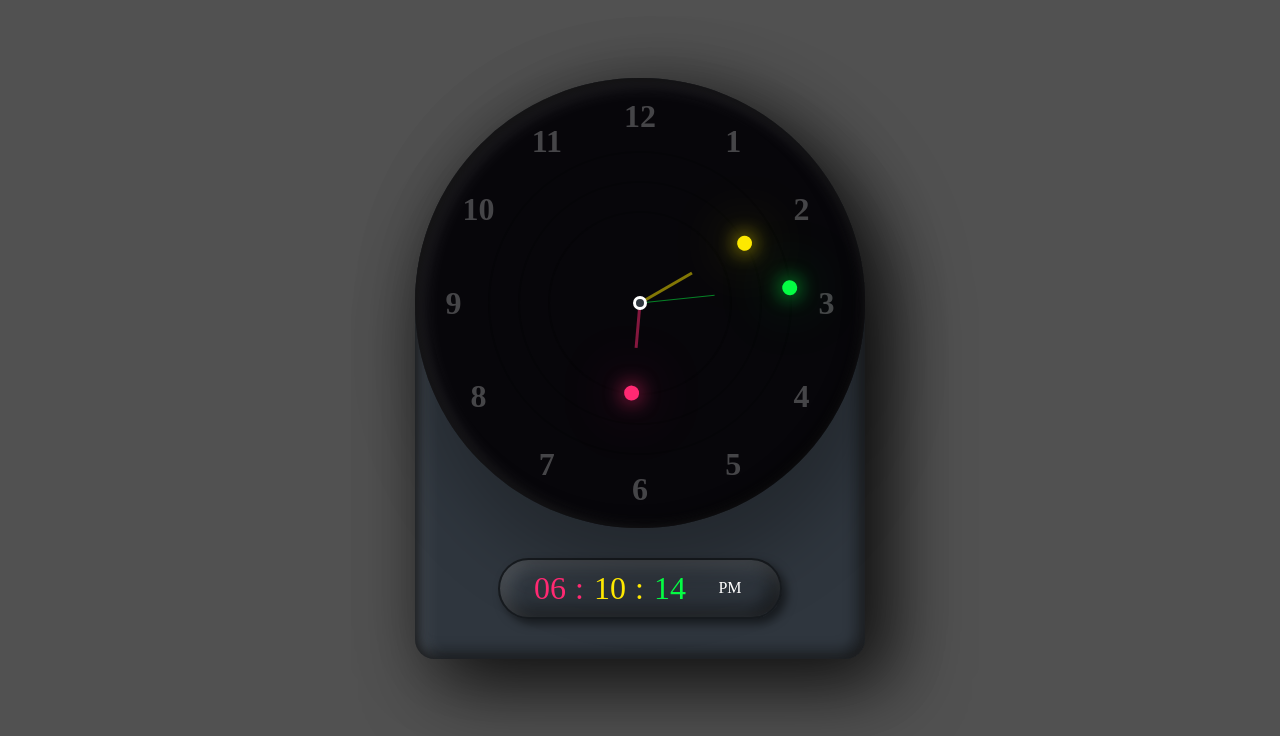
Repository: manthanparekh/animated-clock
Page: index.html
The author's editor kept a copy of each file at every save. The page is drawn from the files as they stood at one save, then again after the next save.
The browser window is 1280 px wide. The pictures show the whole page.

Above is the page before, as saved 2022-10-02 18:10:09.

After the next save:
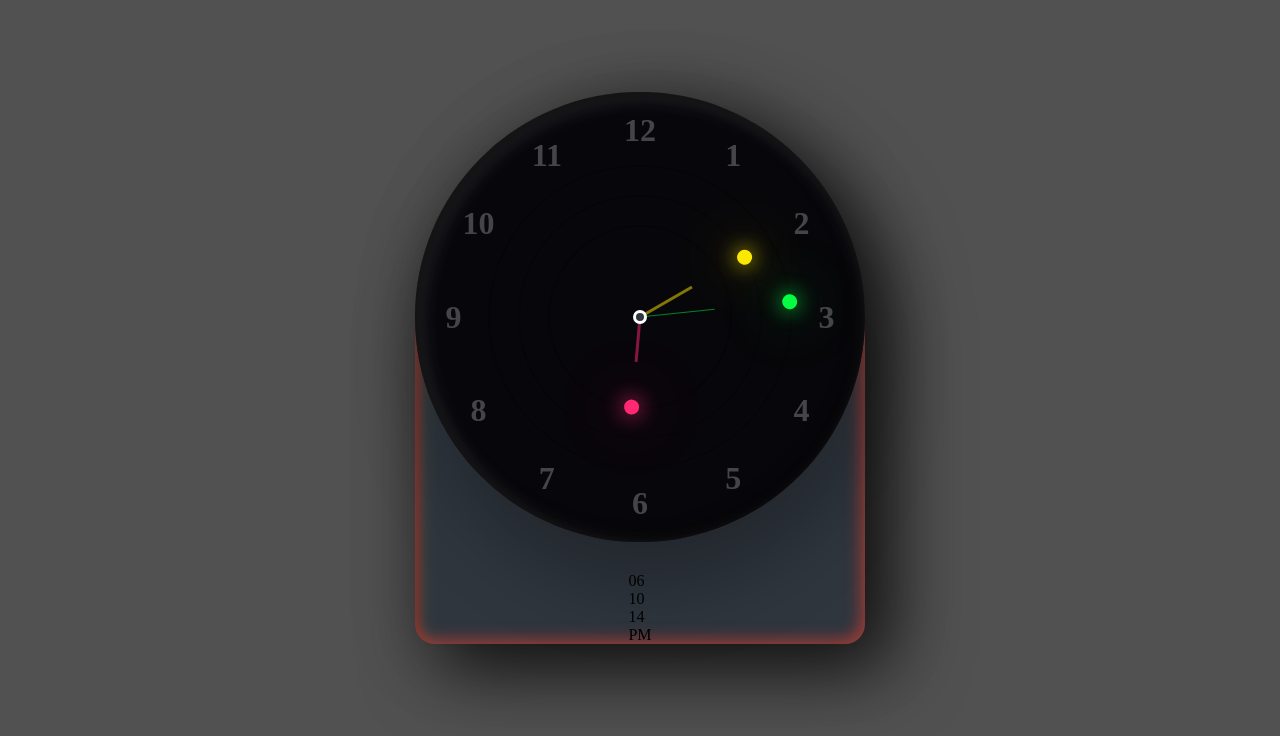
Saved 271 days later.
--- a/style.css
+++ b/style.css
@@ -26,9 +26,9 @@ body
     border-top-right-radius: 225px;
     box-shadow: 25px 25px 75px rgba(0,0,0,0.75),
     10px 10px 70px rgba(0,0,0,0.25),
-    inset 5px 5px 10px rgba(0,0,0,0.5),
-    inset 5px 5px 20px rgba(225,225,225,0.2),
-    inset -5px -5px 15px rgba(0,0,0,0.75);
+    inset 5px 5px 10px rgba(176, 27, 27, 0.5),
+    inset 5px 5px 20px rgba(164, 200, 95, 0.2),
+    inset -5px -5px 15px rgba(176, 54, 54, 0.75);
     display: flex;
     justify-content: center;
     align-items: center;
@@ -143,61 +143,3 @@ body
     box-shadow: 0 0 20px var(--clr),
     0 0 60px var(--clr);
 }
-
-/* digital clock*/
-#time
-{
-    margin-bottom: 40px;
-    display: flex;
-    padding: 10px 20px;
-    font-size: 2em;
-    font-weight: 600;
-    border: 2px solid rgba(0,0,0,0.5);
-    border-radius: 40px;
-    box-shadow: 5px 5px 10px rgba(0,0,0,0.5),
-    inset 5px 5px 20px rgba(255,255,255,0.2),
-    inset -5px -5px 20px rgba(0,0,0,0.75);
-}
-
-#time div
-{
-    position: relative;
-    width: 60px;
-    text-align: center;
-    font-weight: 500;
-    color: var(--clr);
-}
-
-#time div:nth-child(1)::after,
-#time div:nth-child(2)::after
-{
-    content: ':';
-    position: absolute;
-    right: -4px;
-}
-
-#time div:last-child
-{
-    font-size: 0.5em;
-    display: flex;
-    justify-content: center;
-    align-items: center;
-    color: #fff;
-}
-
-#time div:nth-child(2)::after
-{
-    animation: animate 1s sterps(1) infinite;
-}
-
-@keyframes animate
-{
-    0%
-    {
-        opacity: 1;
-    }
-    50%
-    {
-        opacity: 0;
-    }
-}
